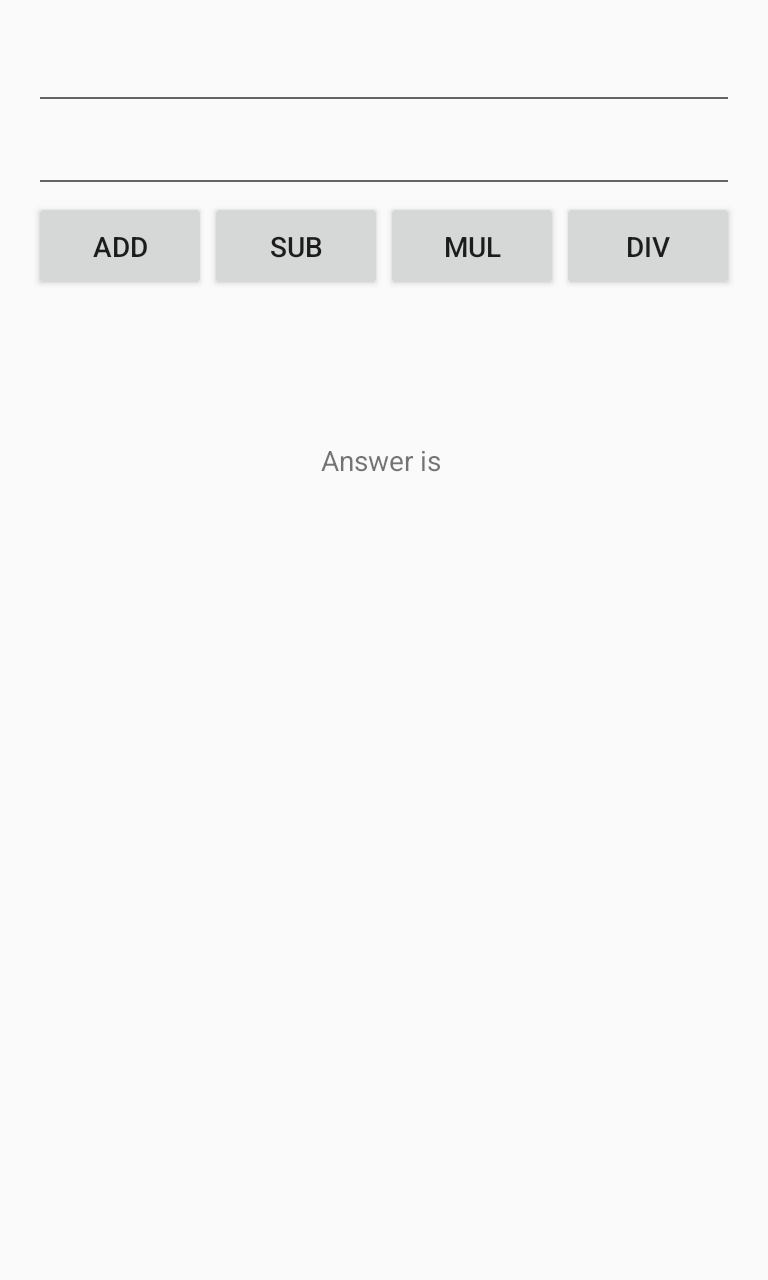
Repository: tamilkarun/Android
Layout: Calc/res/layout/fragment_main.xml
An editor plug-in stored every save of this project. The layout is shown before and after a run of saves, followed by the edit.
It is drawn on a 768 x 1280 px phone screen (xhdpi) without system bars, with theme AppTheme; the app's code is not run.

Above is the layout before, as saved 2014-05-14 06:18:49.

### Calc/res/layout/fragment_main.xml
<LinearLayout xmlns:android="http://schemas.android.com/apk/res/android"
    xmlns:tools="http://schemas.android.com/tools"
    android:id="@+id/LinearLayout1"
    android:layout_width="match_parent"
    android:layout_height="match_parent"
    android:orientation="vertical"
    android:paddingBottom="@dimen/activity_vertical_margin"
    android:paddingLeft="@dimen/activity_horizontal_margin"
    android:paddingRight="@dimen/activity_horizontal_margin"
    android:paddingTop="@dimen/activity_vertical_margin"
    tools:context="com.example.calc.MainActivity$PlaceholderFragment" >

    <LinearLayout
        android:id="@+id/linearLayout1"
        android:layout_width="fill_parent"
        android:layout_height="wrap_content"
        android:orientation="vertical" >

        <EditText
            android:id="@+id/Num1"
            android:layout_width="fill_parent"
            android:layout_height="wrap_content"
            android:layout_below="@+id/linearLayout1"
            android:layout_centerHorizontal="true"
            android:inputType="number" >

        </EditText>

        <EditText
            android:id="@+id/Num2"
            android:layout_width="fill_parent"
            android:layout_height="wrap_content"
            android:layout_alignLeft="@+id/Num1"
            android:layout_below="@+id/Num1"
            android:ems="10"
            android:inputType="number" />
		</LinearLayout>
		<LinearLayout
		    android:layout_width="fill_parent"
        	android:layout_height="wrap_content"
        	android:orientation="horizontal">
        <Button
            android:id="@+id/Add"
            android:layout_width="wrap_content"
            android:layout_height="wrap_content"
            android:text="Add" />
		<Button
            android:id="@+id/Sub"
            android:layout_width="wrap_content"
            android:layout_height="wrap_content"
            android:text="Sub" />
		<Button
            android:id="@+id/Mul"
            android:layout_width="wrap_content"
            android:layout_height="wrap_content"
            android:text="Mul" />
		<Button
            android:id="@+id/Div"
            android:layout_width="wrap_content"
            android:layout_height="wrap_content"
            android:text="Div" />
		<LinearLayout
		    android:layout_width="fill_parent"
        	android:layout_height="wrap_content"
        	android:orientation="horizontal">
        <Button
            android:id="@+id/AnswerButton"
            android:layout_width="wrap_content"
            android:layout_height="wrap_content"
            android:text="Answer" />
        <Button
            android:id="@+id/ClearButton"
            android:layout_width="wrap_content"
            android:layout_height="wrap_content"
            android:text="Clear" />

        </LinearLayout>
        <!-- <EditText -->
        <!-- android:id="@+id/Result" -->
        <!-- android:layout_width="wrap_content" -->
        <!-- android:layout_height="wrap_content" -->
        <!-- android:layout_alignLeft="@+id/Num2" -->
        <!-- android:layout_below="@+id/Add" -->
        <!-- android:ems="10" /> -->


    </LinearLayout>




<TextView
            android:id="@+id/AddResult"
            android:layout_width="fill_parent"
            android:layout_height="wrap_content"
            android:text="Answer is "
            android:gravity="center" />
</LinearLayout>

Loaded but not shown: Calc/res/values/styles.xml (common file); Calc/res/values-v11/styles.xml (common file); Calc/res/values-v14/styles.xml (common file); Calc/res/values/dimens.xml (common file); Calc/res/values-w820dp/dimens.xml (common file)

After the next 2 saves:
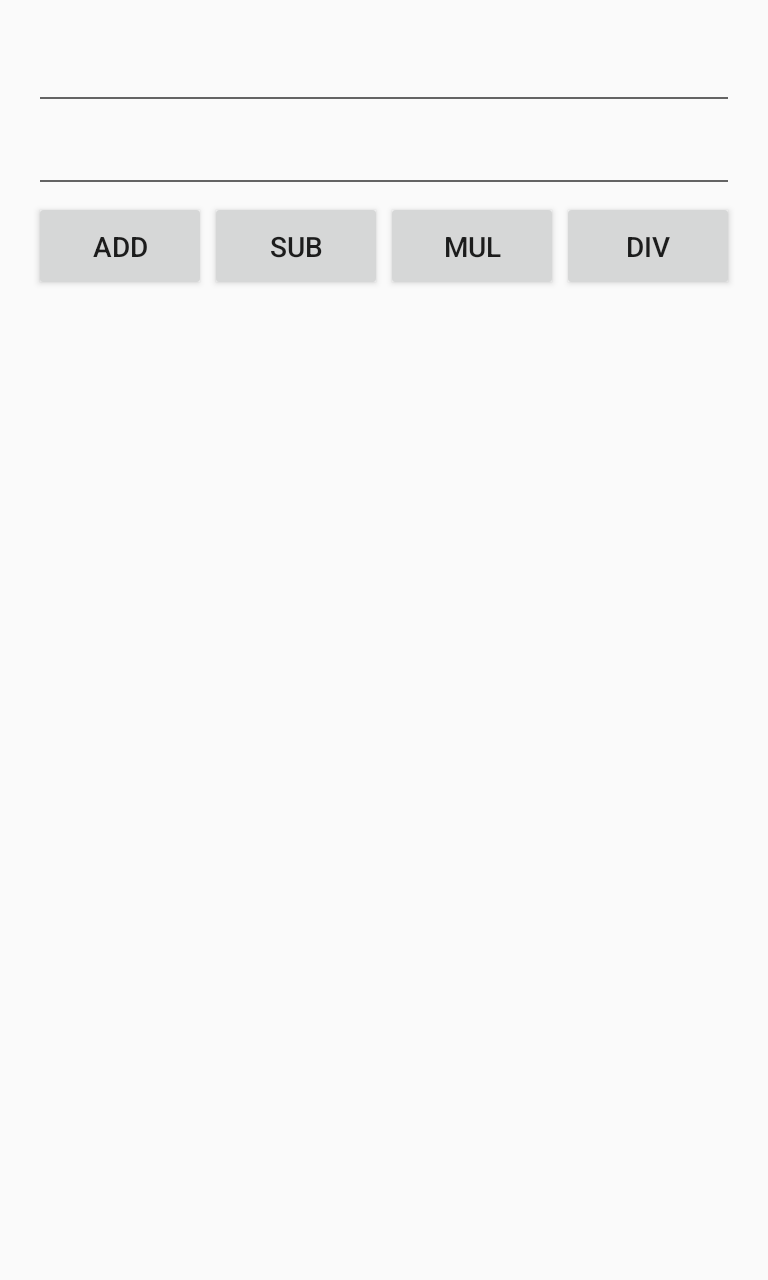
The 2 saves are shown as one change because 1 did not build or start.
The last was saved 68 s later.
--- a/Calc/res/layout/fragment_main.xml
+++ b/Calc/res/layout/fragment_main.xml
@@ -59,8 +59,19 @@
             android:layout_width="wrap_content"
             android:layout_height="wrap_content"
             android:text="Div" />
-		<LinearLayout
-		    android:layout_width="fill_parent"
+		</LinearLayout>
+
+        <!-- <EditText -->
+        <!-- android:id="@+id/Result" -->
+        <!-- android:layout_width="wrap_content" -->
+        <!-- android:layout_height="wrap_content" -->
+        <!-- android:layout_alignLeft="@+id/Num2" -->
+        <!-- android:layout_below="@+id/Add" -->
+        <!-- android:ems="10" /> -->
+
+
+    </LinearLayout>
+	    android:layout_width="fill_parent"
         	android:layout_height="wrap_content"
         	android:orientation="horizontal">
         <Button
@@ -75,17 +86,6 @@
             android:text="Clear" />
 
         </LinearLayout>
-        <!-- <EditText -->
-        <!-- android:id="@+id/Result" -->
-        <!-- android:layout_width="wrap_content" -->
-        <!-- android:layout_height="wrap_content" -->
-        <!-- android:layout_alignLeft="@+id/Num2" -->
-        <!-- android:layout_below="@+id/Add" -->
-        <!-- android:ems="10" /> -->
-
-
-    </LinearLayout>
-
 
 
 
